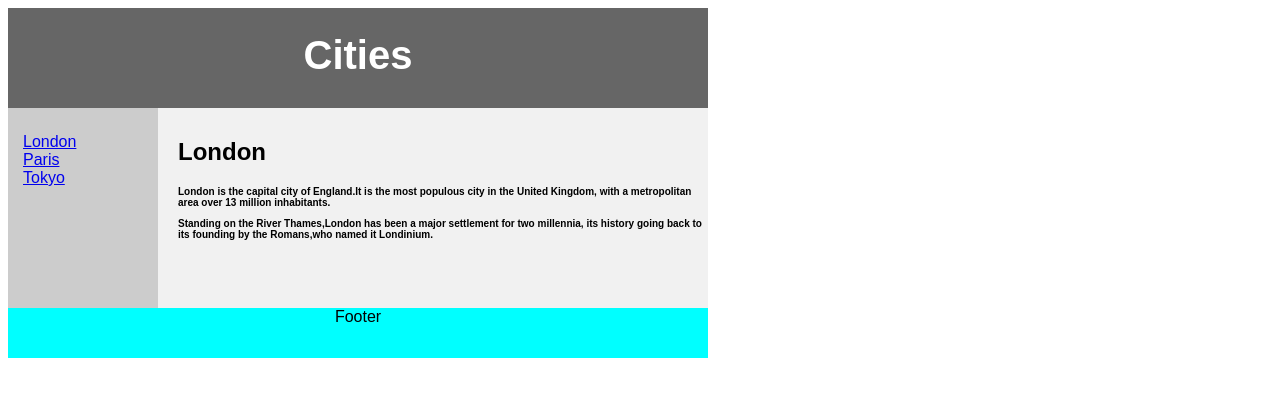
Repository: LongNguyen2504/T3H-FrondEnd
Page: Lesson3_CSS_HomeWork1.html
An editor plug-in stored every save of this project. The page is shown before and after the next save, followed by the edit.
The browser window is 1280 px wide. The pictures show the whole page.

Above is the page before, as saved 2021-12-01 18:20:36.

After the next save:
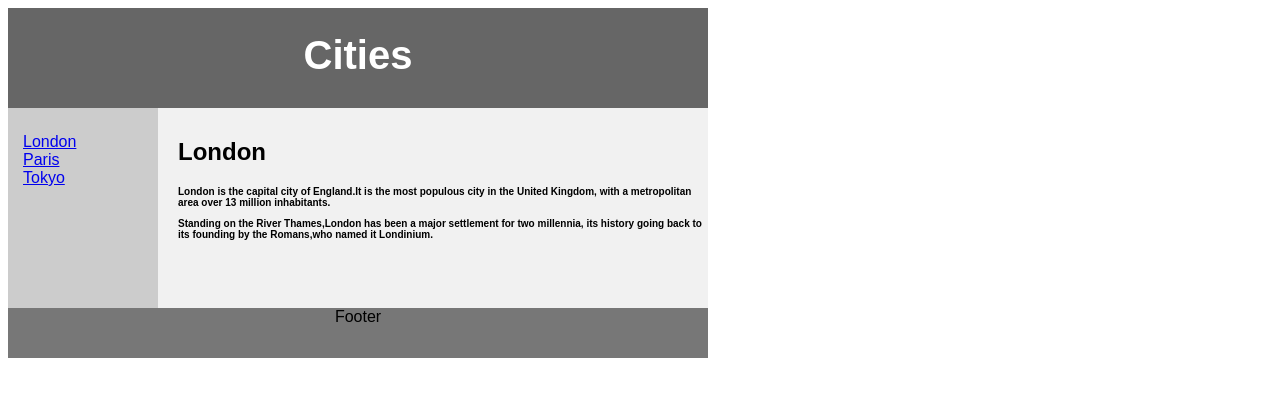
Saved 21 s later.
--- a/Lesson3_CSS_HomeWork1.css
+++ b/Lesson3_CSS_HomeWork1.css
@@ -56,4 +56,5 @@ div.footer{
     position: relative;
     bottom: 220px;
     height: 50px;
+    background-color: #777777 ;
 }
